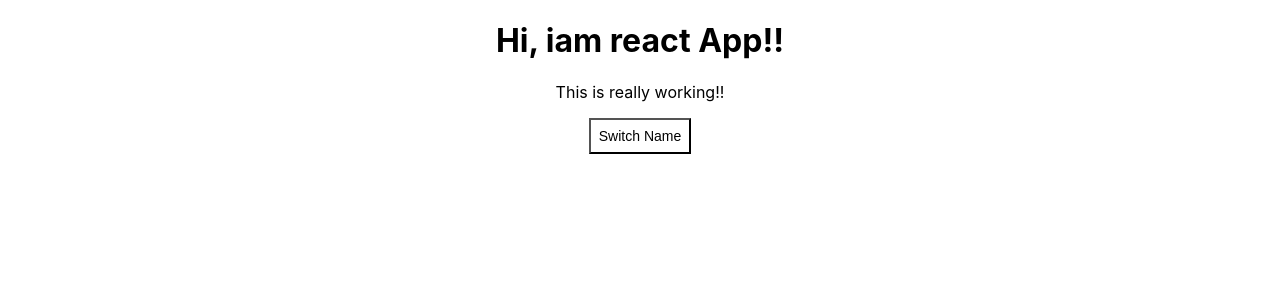
Repository: RohitMalik2/Rohit_react
Page: /
An editor plug-in stored every save of this project. The page is shown before and after a run of saves, followed by the edit.
The browser window is 1280 px wide. The pictures show the whole page.
The project was rebuilt for these pictures with package versions that can differ from the ones it lists, and the page was loaded fresh each time.

Above is the page before, as saved 2019-11-18 22:23:54.

### src/App.js
import React, { Component } from 'react';
import logo from './logo.svg';
import './App.css';

class App extends Component {

  state = {
    persons: [
      { name: 'Max', age: 28 },
      { name: 'Max2', age: 29 },
      { NAME: 'mAX3', age: 30 }
    ],
    otherState: 'some other state'
  }

  switchNameHandler = (newName) => {
    // Don't do this: this.state.persons[0].name = 'Maximilian'
    this.setState({
      persons: [
        { name: newName, age: 35 },
        { name: 'Max2', age: 29 },
        { NAME: 'mAX3', age: 30 }
      ]
    });
  }

  nameChangeHandler = (event) =>{
    this.setState({
      persons: [
        { name: 'Yash', age: 13 },
        { name: event.target.value, age: 13 },
        { name: 'Yash', age: 13 }
      ]
    })
  }


  render() {
    const style = {
      fontSize: '14px',
      backgroundColor: 'White',
      border: '1px soild blue',
      padding: '8px'
    };

    return (
      <div className="App">
        <h1>Hi, iam react App!!</h1>
        <p>This is really working!!</p>
        <button style={style} onclick={()=> this.switchNameHandler('Max!!')}>Switch Name</button>
      </div>
    );
  };

}

export default App;

### src/Person/Person.js
import React from 'react';

const Person = (props) =>{
    return (
       <div>
            <p>Person: name - {props.name}</p>
            <p>Person: age - {props.age}</p>

       </div>
    );
}

export default Person;

Loaded but not shown: public/index.html (common file); src/index.js (common file); src/index.css (common file); src/serviceWorker.js (common file); src/App.css (common file)

After the next 4 saves:
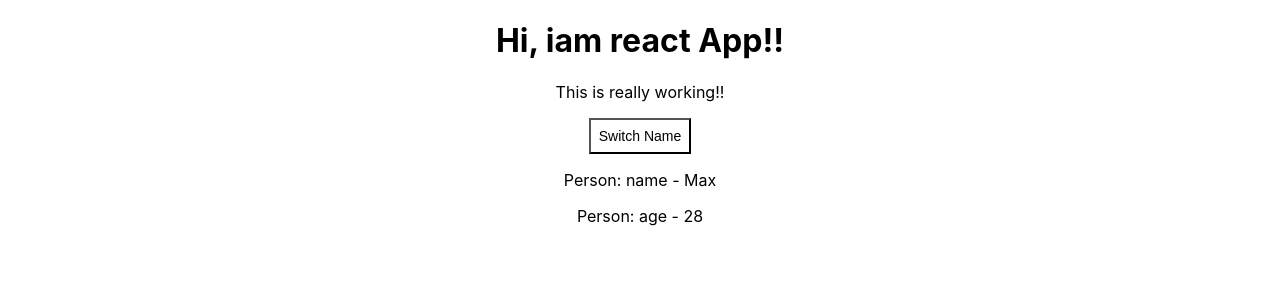
The 4 saves are shown as one change because 3 did not build or start.
The last was saved 2 min 49 s later.
--- a/src/App.js
+++ b/src/App.js
@@ -1,6 +1,7 @@
 import React, { Component } from 'react';
 import logo from './logo.svg';
 import './App.css';
+import Person from './Person/Person'
 
 class App extends Component {
 
@@ -48,6 +49,8 @@ class App extends Component {
         <h1>Hi, iam react App!!</h1>
         <p>This is really working!!</p>
         <button style={style} onclick={()=> this.switchNameHandler('Max!!')}>Switch Name</button>
+
+        <Person name={this.state.persons[0].name} age={this.state.persons[0].age} />
       </div>
     );
   };
--- a/src/Person/Person.js
+++ b/src/Person/Person.js
@@ -8,6 +8,6 @@ const Person = (props) =>{
 
        </div>
     );
-}
+};
 
 export default Person;
